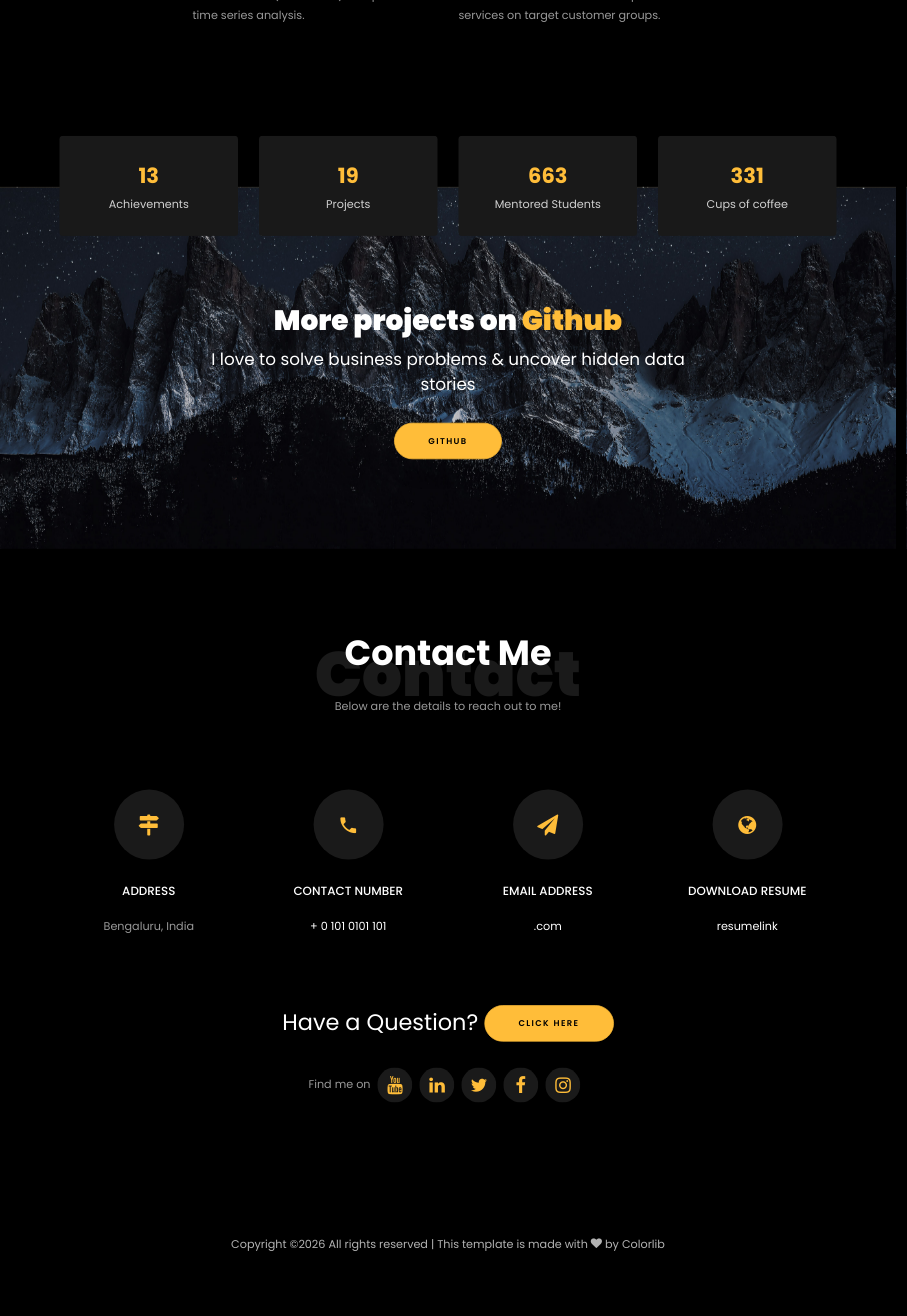
Repository: Rahul70079/Rahul-Kumar-Portfolio
Page: Portfolio/index.html
These files come from the project's save history. The page is drawn as it stood at one moment and after a run of saves; the edit follows.
The browser window is 1280 px wide. The page is 1295 px wide, so the pictures cover 1295 px, including what lies to the right of the window. The pictures show the part of the page from y = 4620 to 6500 px (the page is 6540 px tall), at 70% of full size.

Above is the page before, as saved 2026-06-14 08:42:11.
Console error (its wording comes from the project's code and is left out).

After the next 3 saves:
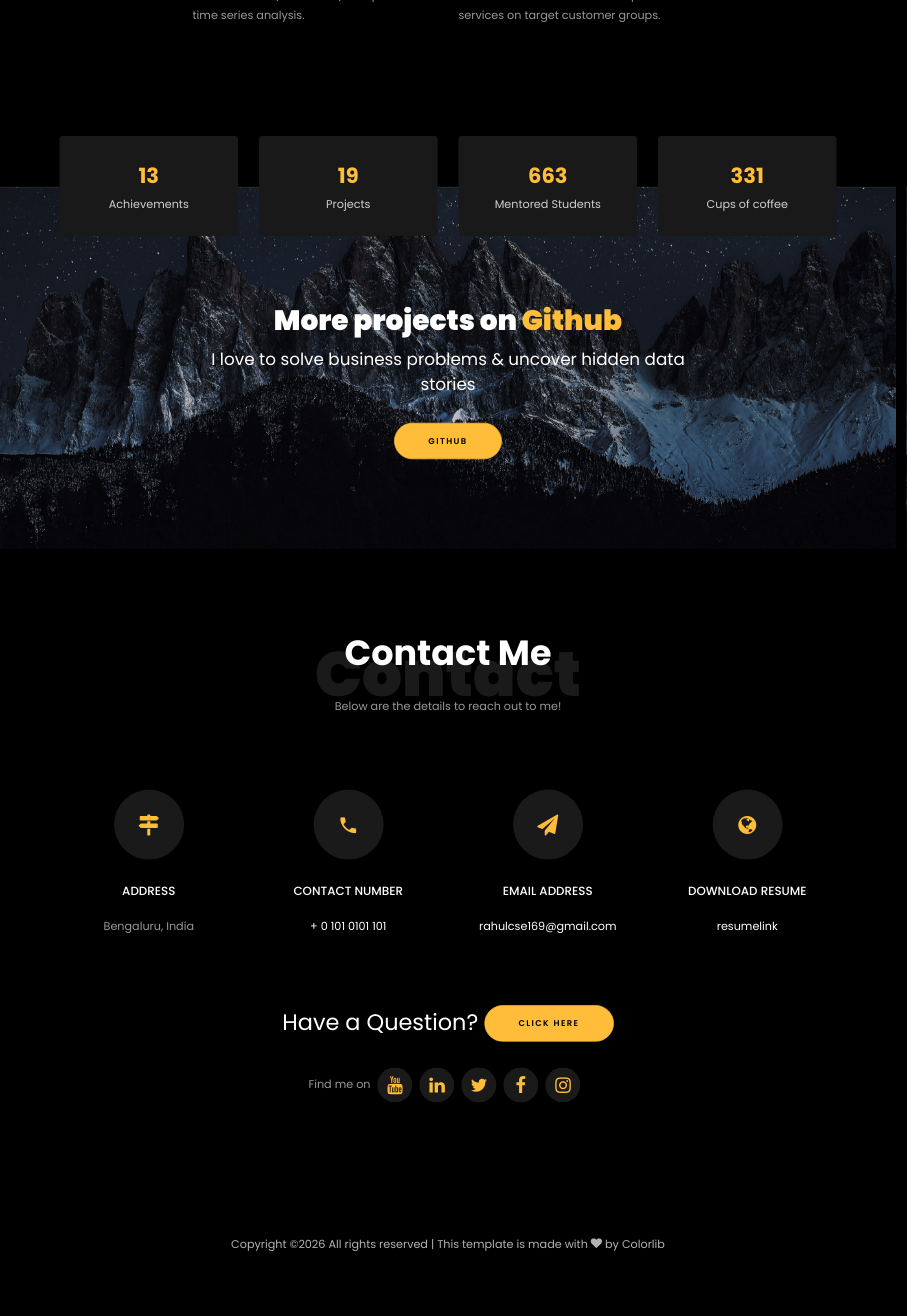
The 3 saves are shown as one change because they came seconds apart.
The last was saved 11 s later.
--- a/Portfolio/index.html
+++ b/Portfolio/index.html
@@ -572,7 +572,7 @@
           			<span class="icon-paper-plane"></span>
           		</div>
           		<h3 class="mb-4">Email Address</h3>
-	            <p><a href="mailto:info@yoursite.com">.com</a></p>
+	            <p><a href="mailto:info@yoursite.com">rahulcse169@gmail.com</a></p>
 	          </div>
           </div>
           <div class="col-md-6 col-lg-3 d-flex ftco-animate">
